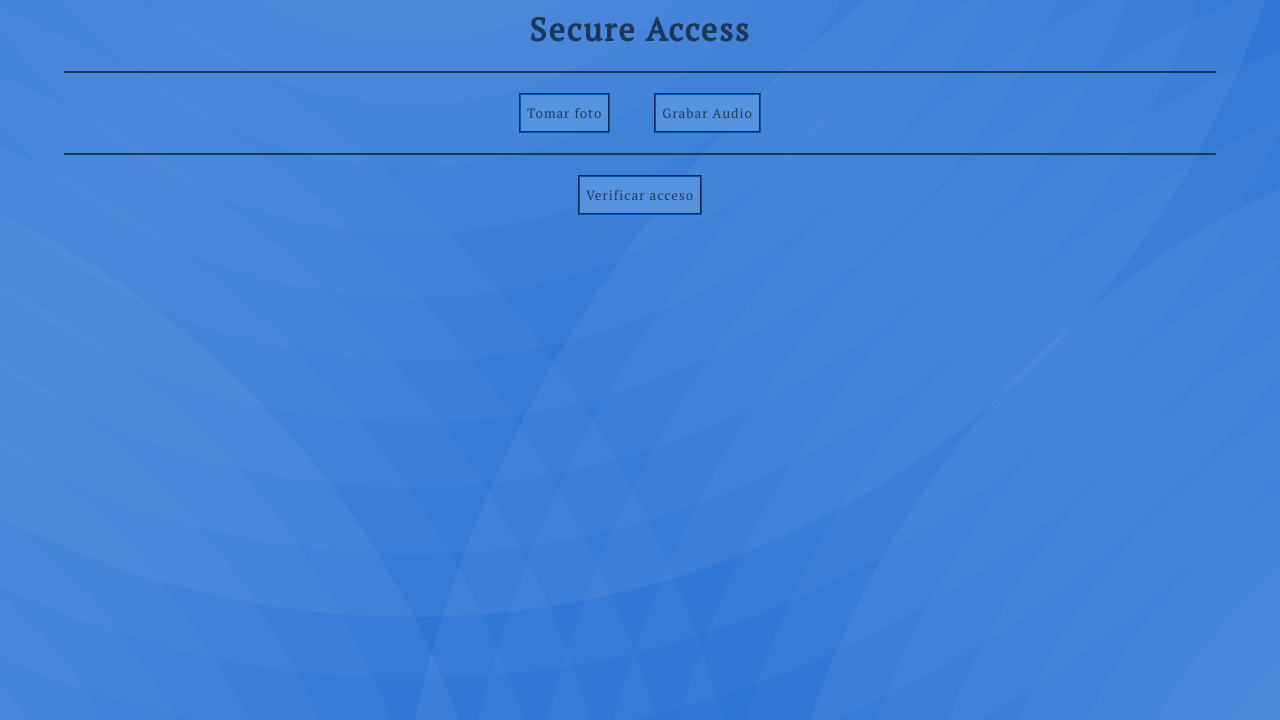
Repository: dabarreiroh/SECURE-ACCESS
Page: accessecure/templates/home/index.html
An editor plug-in stored every save of this project. The page is shown before and after the next save, followed by the edit.
The browser window is 1280 px wide. The pictures show the whole page.

Above is the page before, as saved 2020-03-16 23:37:15.

### accessecure/templates/home/index.html
<html>
    <head>
        <link rel="stylesheet" href="./../../static/admin/css/index/index.css">
        <link href="https://fonts.googleapis.com/css?family=PT+Serif&display=swap" rel="stylesheet">

    </head>
<body>

<h1>Secure Access</h1>

<div class="options">
    <input type="button" value="Tomar foto" onClick="window.location.href='photo'">
    <input type="button" value="Grabar Audio" onClick="window.location.href='audio'">
</div>


<div>
    <input type="button" value="Verificar acceso" onClick="window.location.href='verified'">
</div>

</body>
</html>

### accessecure/static/admin/css/index/index.css
*{
    text-align: center;
    font-family: 'PT Serif', serif;
}

body{
    background-image: url(../../img/background.jpg);
    background-size: cover;
}

h1{
    color: #1D3759;
    /* color: #072D5C; */
    letter-spacing: 2px;
}

.options{
    border: solid #1D3759;
    border-width: 2px 0px;
    width: 90vw;
    margin: 0 auto;
}

input{
    margin: 20px;
    height: 40px;
    letter-spacing: 1px;
    background-color: #5593DF;
    border: 2px solid #0D52A6;
    border-style: groove;
    color: #223B59;
}

After the next save:
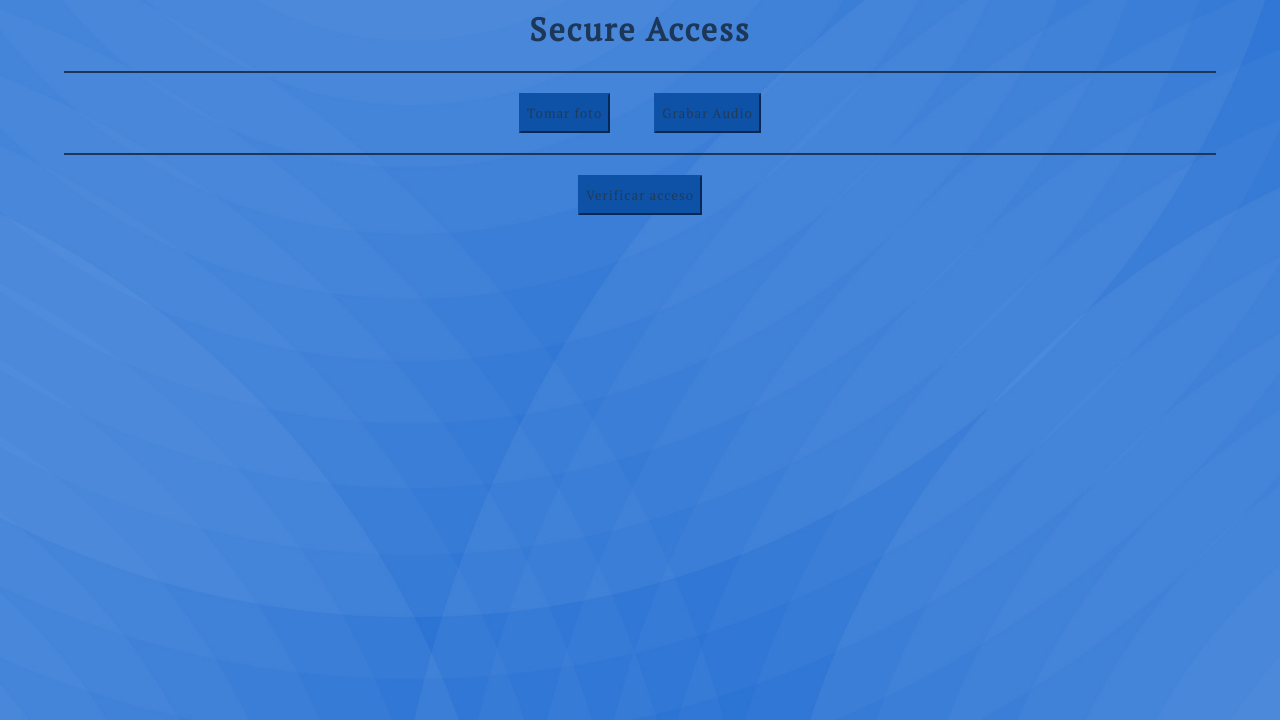
Saved 28 s later.
--- a/accessecure/static/admin/css/index/index.css
+++ b/accessecure/static/admin/css/index/index.css
@@ -25,8 +25,8 @@ input{
     margin: 20px;
     height: 40px;
     letter-spacing: 1px;
-    background-color: #5593DF;
+    background-color: #0D52A6;
     border: 2px solid #0D52A6;
-    border-style: groove;
+    border-style: outset;
     color: #223B59;
 }
